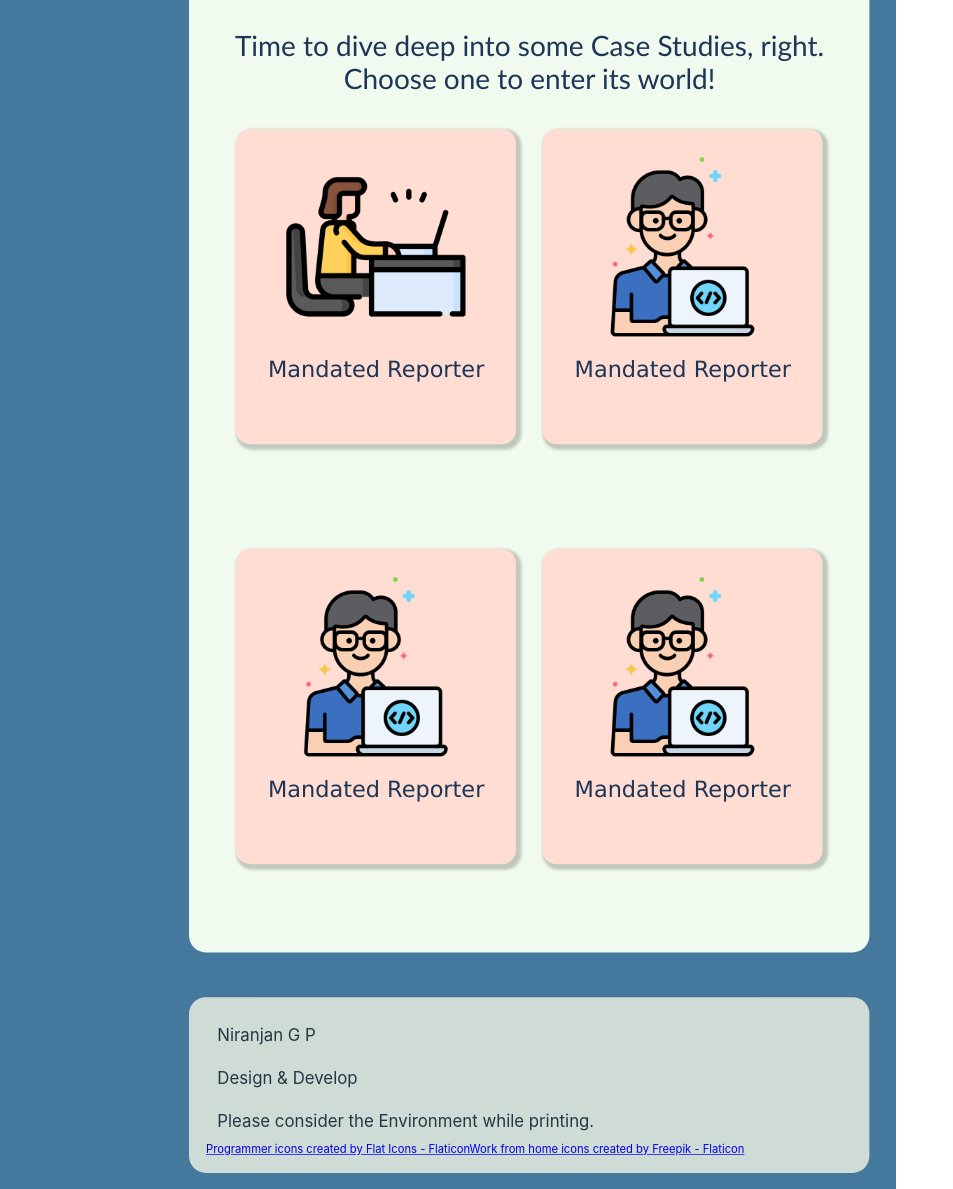
Repository: niranjangp/portfolioReact
Page: /
The author's editor kept a copy of each file at every save. The page is drawn from the files as they stood at one save, then again after the next save.
The browser window is 1280 px wide. The page is 1361 px wide, so the pictures cover 1361 px, including what lies to the right of the window. The pictures show the part of the page from y = 1432 to 3192 px (the page is 3131 px tall before and 3192 px after), at 70% of full size.
The project was rebuilt for these pictures with package versions that can differ from the ones it lists, and the page was loaded fresh each time. Also part of the build but not shown: src/pages/csOne.jsx, src/pages/notFound.jsx.

Above is the page before, as saved 2022-02-01 01:27:09.

### public/index.html
<!DOCTYPE html>
<html lang="en">
  <head>
    <meta charset="utf-8" />
    <!--<link rel="icon" href="%PUBLIC_URL%/favicon.ico" />-->
    <meta name="viewport" content="width=device-width, initial-scale=1" />
    <meta name="theme-color" content="#000000" />
    <meta
      name="description"
      content="Web site created using create-react-app"
    />
    <!--<link rel="apple-touch-icon" href="%PUBLIC_URL%/logo192.png" />-->
    <!--
      manifest.json provides metadata used when your web app is installed on a
      user's mobile device or desktop. See https://developers.google.com/web/fundamentals/web-app-manifest/
    -->
    <link rel="manifest" href="%PUBLIC_URL%/manifest.json" />
    <!--
      Notice the use of %PUBLIC_URL% in the tags above.
      It will be replaced with the URL of the `public` folder during the build.
      Only files inside the `public` folder can be referenced from the HTML.

      Unlike "/favicon.ico" or "favicon.ico", "%PUBLIC_URL%/favicon.ico" will
      work correctly both with client-side routing and a non-root public URL.
      Learn how to configure a non-root public URL by running `npm run build`.
    -->
    <title>Portfolio</title>
  </head>
  <body>
    <noscript>You need to enable JavaScript to run this app.</noscript>
    <div id="root"></div>
    <!--
      This HTML file is a template.
      If you open it directly in the browser, you will see an empty page.

      You can add webfonts, meta tags, or analytics to this file.
      The build step will place the bundled scripts into the <body> tag.

      To begin the development, run `npm start` or `yarn start`.
      To create a production bundle, use `npm run build` or `yarn build`.
    -->
  </body>
</html>

### src/index.css
body {
  margin: 0;
  font-family: -apple-system, BlinkMacSystemFont, 'Segoe UI', 'Roboto', 'Oxygen',
    'Ubuntu', 'Cantarell', 'Fira Sans', 'Droid Sans', 'Helvetica Neue',
    sans-serif;
  -webkit-font-smoothing: antialiased;
  -moz-osx-font-smoothing: grayscale;
  box-sizing: border-box;
}

code {
  font-family: source-code-pro, Menlo, Monaco, Consolas, 'Courier New',
    monospace;
}

p {
  margin: 0;
}

### src/App.js
import './App.css';

import { Route, NavLink, Switch, Redirect } from 'react-router-dom';
import EnterTheDesign from './pages/enterDesign';
import CSOne from './pages/csOne';
import NotFound from './pages/notFound';

function App() {
  const flatIconLink = "https://www.flaticon.com/free-icons/programmer";


  return (
    <div className='App'>
      <div className="containerOne">
        <nav className='navigation'>
          <div className='navDiv'>
            <NavLink activeClassName="nav-link active" className="nav-link" to="/enter-the-design">Take me Home!</NavLink>
          </div>
          <div className='navDiv'>
            <NavLink activeClassName="nav-link active" className="nav-link" to="/cs-one">Case Study 1</NavLink>
          </div>
          <div className='navDiv'>
            <NavLink activeClassName="nav-link active" className="nav-link" to="/cs-two">Case t'w'o Study</NavLink>
          </div>
          <div className='navDiv'>
            <NavLink activeClassName="nav-link active" className="nav-link" to="/cs-three">Case Study the third</NavLink>
          </div>
          <div className='navDiv'>
            <NavLink activeClassName="nav-link active" className="nav-link" to="/cs-three">Case Study IV</NavLink>
          </div>
        </nav>
        <main className='mainOne'>
          <Switch>
            <Route exact path="/" ><Redirect to="/enter-the-design" /></Route>
            <Route path="/enter-the-design" ><EnterTheDesign /></Route>
            <Route exact path="/cs-one" ><CSOne /></Route>

            <Route path="*"><NotFound /></Route>
          </Switch>
          {/*<div className='firstRow'>
            <div className="width-60">
              <p className='fr-info'>NIRANJAN G P, IS A UI DEVELOPER AT DELOITTE USI</p>
            </div>
            <div className="width-40 img-block">
              <img src={avatarIcon} alt="avatar-icon" className='avtr-img' />
            </div>
          </div>
          <div className='sec-row'>
            <p>Hi, this is Niranjan.</p>
            <p>I Joined Deloitte USI as a campus recruit. Since then I've been part of many innovative and high-intensity projects, coordinating between multiple virtual teams to help complete client deliverables.</p>
            <p>I've been part of the FRONT-END community since 2017 and constantly learning and developing UI and gradually having a go at UX design parallely.</p>
            <p>Currently based in Bengaluru, I have a big love for travel and adventure, also keeping in mind to do my bit to conserve the environment.</p>
            <p>Thanks for stopping by.</p>
          </div>*/}

        </main>
        <footer>
          <div className='footer-info'>
            <p>Niranjan G P</p>
            <p>Design & Develop</p>
            <p>Please consider the Environment while printing.</p>
          </div>
          <div>
            <a href={flatIconLink} title="programmer icons">Programmer icons created by Flat Icons - Flaticon</a>
            <a href="https://www.flaticon.com/free-icons/work-from-home" title="work from home icons">Work from home icons created by Freepik - Flaticon</a>
            {/*<a target="_blank" rel="noopener noreferrer" href={avatarLink}>Avatar</a> icon by <a target="_blank" rel="noopener noreferrer" href={icon8link}>Icons8</a>*/}
          </div>
        </footer>
      </div>

    </div>
  );
}

export default App;

### src/App.css
.containerOne {
  background-color: #45789d;
  padding: 24px;
  position: relative;
}

.mainOne {
  width: 75%;
  margin-left: 20%;
  background-color: #F1FAEE;
  height: 100%;
  border-radius: 1.5rem;
  padding:24px;
}

.navigation {
  position: absolute;
  top: 24px;
  left: 24px;
  width: 15%;
  height: 660px;
  background-color: #F1FAEE;
  border-radius: 1.5rem;
  padding: 64px 24px 24px;
}

.navDiv {
  padding: 16px 0;
  text-align: center;
}

.nav-link {
  font-size: 24px;
  text-decoration: none;
  color: #1d3557;
}

.nav-link.active {
  color: #2a9d8f;
  font-weight: bold;
  border-bottom: 4px solid #2a9d8f;
}

.fr-info {
  font-size: 3rem;
  font-family:'Gill Sans', 'Gill Sans MT', Calibri, 'Trebuchet MS', sans-serif;
  padding: 24px 24px 24px 48px;
  color: #1d3557;
}

.firstRow {
  display: flex;
  align-items: center;
  padding: 64px 0;
}

.width-60 {
  width: 60%;
}

.width-40 {
  width: 40%;
}

.fullWidth {
  width: 100%;
}

.img-block {
  text-align: center;
}

.sec-row {
  background-color: #1d3557;
  color: #f1faee;
  border-radius: 0.75rem;
  padding: 64px;
  font-family: 'Lucida Sans', 'Lucida Sans Regular', 'Lucida Grande', 'Lucida Sans Unicode', Geneva, Verdana, sans-serif;
  font-size: 28px;
  text-align: justify;
}

.sec-row p {
  padding: 16px;
}

.centered {
  margin: 3rem auto;
  text-align: center;
  display: flex;
  justify-content: center;
  align-items: center;
}

.linkSel {
  text-decoration: underline;
  font-weight: bold;
}

.third-row {
  display: flex;
  flex-wrap: wrap;
  padding: 96px 24px 0;
}

.card-box {
  width: 50%;
  text-align: center;
  height: 600px;
}

.card {
  width: 400px;
  height: 450px;
  background-color: #ffddd2;
  border-radius: 20px;
  box-shadow: 4px 4px 4px 4px rgba(0, 0, 0, 0.2);
  margin: 3rem auto;
  flex-grow: 1;
  flex-shrink: 1;
  transition: width 500ms ease 0s;
}

.card:hover {
  box-shadow: 4px 4px 4px 8px rgba(0, 0, 0, 0.2);
  width: 420px;
  height: 470px;
  cursor: pointer;
}

.card a {
  text-decoration: none;
}

.card p {
  font-size: 32px;
  padding: 24px;
  color: #1d3557;
  font-family: Verdana, Geneva, Tahoma, sans-serif;
}

.card-icon {
  width: 256px;
  margin-top: 40px;
}

.intro-cs {
  text-align: center;
  font-size: 40px;
  color: #1d3557;
  font-family:'Trebuchet MS', 'Lucida Sans Unicode', 'Lucida Grande', 'Lucida Sans', Arial, sans-serif;
}

footer {
  width: 75%;
  margin-left: 20%;
  background-color: #cfdbd5;
  height: 100%;
  border-radius: 1.5rem;
  padding:24px;
  margin-top: 64px;
  color: #223843;
}
.footer-info {
  font-size: 1.5rem;
}

.footer-info p {
  padding: 1rem;
}

.credits a {
  text-decoration: none;
}

/*.containerOne {
  background-color: #F1FAEE;
}
.mainOne {
  background-color: #a8dadc;
  width: 75%;
  margin-left: 20%;
  /-*background-color: #45789d;*-/
  height: 660px;
}

.p1 {
  color: #1d3557;
}
.p2 {
  color: #f1faee;
}*/

/*.App-logo {
  height: 40vmin;
  pointer-events: none;
}

@media (prefers-reduced-motion: no-preference) {
  .App-logo {
    animation: App-logo-spin infinite 20s linear;
  }
}

.App-header {
  background-color: #282c34;
  min-height: 100vh;
  display: flex;
  flex-direction: column;
  align-items: center;
  justify-content: center;
  font-size: calc(10px + 2vmin);
  color: white;
}

.App-link {
  color: #61dafb;
}*/

@keyframes App-logo-spin {
  from {
    transform: rotate(0deg);
  }
  to {
    transform: rotate(360deg);
  }
}

### src/pages/enterDesign.jsx
import React from 'react';
import Icons from '../assets/programmer.png';
import WorkingIcon from '../assets/working.png';
import { Link } from 'react-router-dom';


const enterDesign = () => {
    const avatarIcon = Icons;

    const navtoCardDet = () => {
        try {
            console.log('inside card det func');
        } catch (e) {
            console.log('Error in navToCardDet', e.stack());
        }
    }

    return (
        <React.Fragment>
            <div className='firstRow'>
                <div className="width-60">
                    <p className='fr-info'>NIRANJAN G P, IS A UI DEVELOPER AT DELOITTE USI</p>
                </div>
                <div className="width-40 img-block">
                    <img src={avatarIcon} alt="avatar-icon" className='avtr-img' />
                </div>
            </div>
            <div className='sec-row'>
                <p>Hi, this is Niranjan.</p>
                <p>I Joined Deloitte USI as a campus recruit. Since then I've been part of many innovative and high-intensity projects, coordinating between multiple virtual teams to help complete client deliverables.</p>
                <p>I've been part of the FRONT-END community since 2017 and constantly learning and developing UI and gradually having a go at UX design parallely.</p>
                <p>Currently based in Bengaluru, I have a big love for travel and adventure, also keeping in mind to do my bit to conserve the environment.</p>
                <p>Thanks for stopping by.</p>
            </div>
            <div className='third-row'>
                <div className='fullWidth intro-cs'>
                    <p>Time to dive deep into some Case Studies, right.</p>
                    <p>Choose one to enter its world!</p>
                </div>
                <div className='card-box'>
                    <div className="card">
                        <Link to="/cs-one">
                            <img src={WorkingIcon} alt="card-icon" className='card-icon' />
                            <p>Mandated Reporter</p>
                            {/*<p>Click to Enter!!!</p>*/}
                        </Link>
                    </div>
                </div>
                <div className='card-box'>
                    <div className="card" onClick={navtoCardDet}>
                        <img src={avatarIcon} alt="card-icon" className='card-icon' />
                        <p>Mandated Reporter</p>
                    </div>
                </div>
                <div className='card-box'>
                    <div className="card" onClick={navtoCardDet}>
                        <img src={avatarIcon} alt="card-icon" className='card-icon' />
                        <p>Mandated Reporter</p>
                    </div>
                </div>
                <div className='card-box'>
                    <div className="card" onClick={navtoCardDet}>
                        <img src={avatarIcon} alt="card-icon" className='card-icon' />
                        <p>Mandated Reporter</p>
                    </div>
                </div>
            </div>
        </React.Fragment>
    )
};

export default enterDesign;

Loaded but not shown: src/index.js (common file); src/reportWebVitals.js (common file)

After the next save:
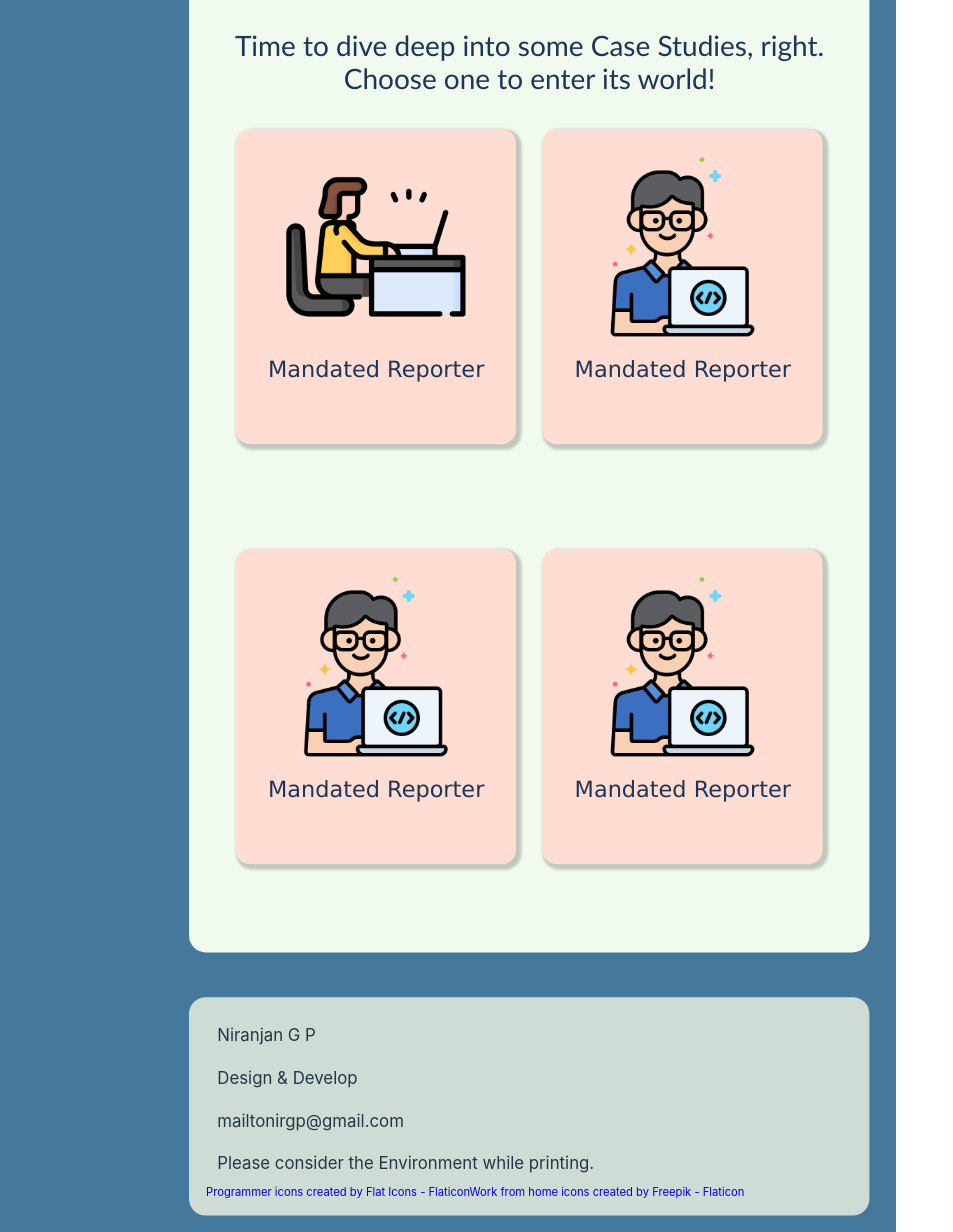
Saved 10 s later.
--- a/src/App.js
+++ b/src/App.js
@@ -7,6 +7,7 @@ import NotFound from './pages/notFound';
 
 function App() {
   const flatIconLink = "https://www.flaticon.com/free-icons/programmer";
+  const wfhIconLink = "https://www.flaticon.com/free-icons/work-from-home";
 
 
   return (
@@ -58,12 +59,12 @@ function App() {
           <div className='footer-info'>
             <p>Niranjan G P</p>
             <p>Design & Develop</p>
+            <p>mailtonirgp@gmail.com</p>
             <p>Please consider the Environment while printing.</p>
           </div>
-          <div>
+          <div className='credits'>
             <a href={flatIconLink} title="programmer icons">Programmer icons created by Flat Icons - Flaticon</a>
-            <a href="https://www.flaticon.com/free-icons/work-from-home" title="work from home icons">Work from home icons created by Freepik - Flaticon</a>
-            {/*<a target="_blank" rel="noopener noreferrer" href={avatarLink}>Avatar</a> icon by <a target="_blank" rel="noopener noreferrer" href={icon8link}>Icons8</a>*/}
+            <a href={wfhIconLink} title="work from home icons">Work from home icons created by Freepik - Flaticon</a>
           </div>
         </footer>
       </div>
